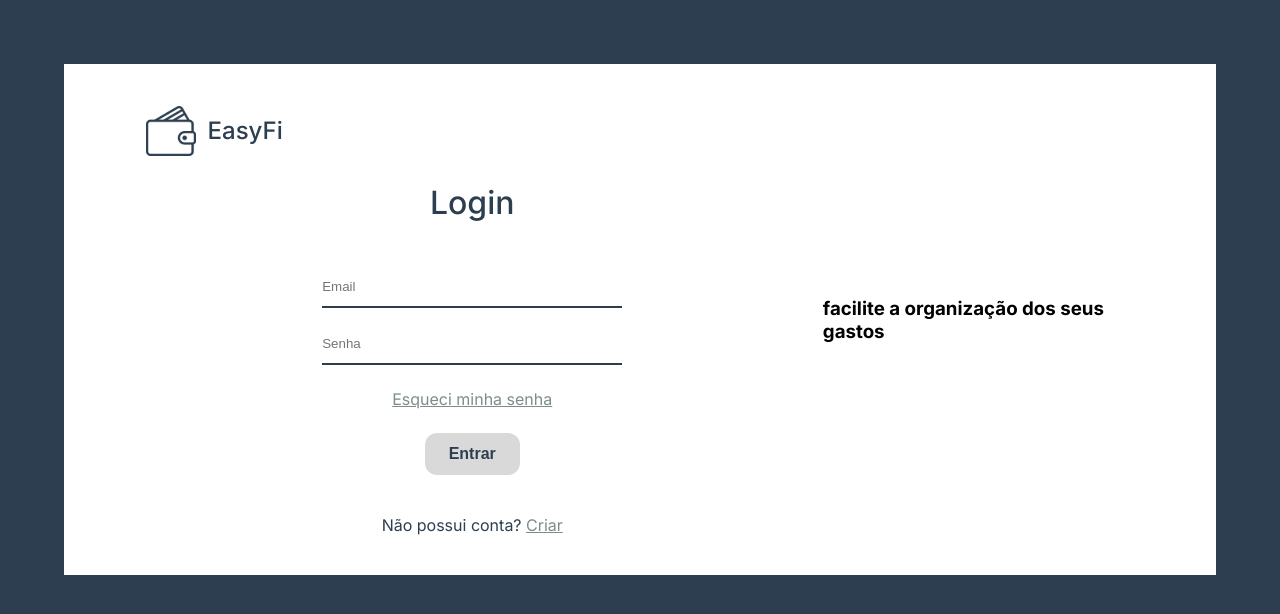
Repository: Ingridiag/projeto-engenharia
Page: login.html
The author's editor kept a copy of each file at every save. The page is drawn from the files as they stood at one save, then again after the next save.
The browser window is 1280 px wide. The pictures show the whole page.

Above is the page before, as saved 2024-10-28 16:21:09.

### login.html
<!DOCTYPE html>
<html lang="pt">

<head>
    <meta charset="UTF-8">
    <meta name="viewport" content="width=device-width, initial-scale=1.0">
    <link rel="preconnect" href="https://fonts.googleapis.com">
<link rel="preconnect" href="https://fonts.gstatic.com" crossorigin>
<link href="https://fonts.googleapis.com/css2?family=Inter:ital,opsz,wght@0,14..32,100..900;1,14..32,100..900&display=swap"
rel="stylesheet">
    <link rel="stylesheet" href="style.css">
    <title>Login</title>
</head>

<body>
    <div class="container">

        <!-- Tela Login -->
        <div class="login">
            <div class="primeira-coluna">
                <div class="logo">
                    <img src="imagens/logo-azul 1.svg" alt="logo">
                    <h1>EasyFi</h1>
                </div>
                <div class="formulario">
                    <h1 class="title">Login</h1>
                    <form >
                        <input type="email" placeholder="Email">
                        <input type="password" placeholder="Senha">
                    </form>
                    <div class="uses">
                        <a href="#" class="link">Esqueci minha senha</a>

                    </div>
                    <div class="btn-default">
                        <button>
                            Entrar
                        </button>
                    </div>
                    <div >
                        <p>Não possui conta?
                            <span>
                                <a href="#" class="link">Criar</a>
                            </span>
                        </p>
                    </div>
                </div>
            </div>
            <div class="segunda-coluna">
                <h3 class="mensagem">
                    facilite a organização dos seus gastos
                </h3>
            </div>
        </div>



        <div class="cadastro">
            <!-- Tela Cadastro -->
            <div class="decor">
                <h3 class="mensagem">
                    facilite a organização dos seus gastos
                </h3>
            </div>

            <div class="decor">
                <div class="logo">
                    <img src="imagens/logo-azul 1.svg" alt="logo">
                    <h1>EasyFi</h1>
                </div>
                <div class="formulario">
                    <h1 class="title">Criar Conta</h1>
                    <form >
                        <input type="text" placeholder="Nome">
                        <input type="email" placeholder="Email">
                        <input type="password" placeholder="Senha">
                        <input type="password" placeholder=" Confirmar senha">
                    </form>
                    <div>
                        <a href="#" class="link">Esqueci minha senha</a>

                    </div>
                    <div class="btn-default">
                        <button>
                            Entrar
                        </button>
                    </div>
                    <div class="uses">
                        <p>Já possui conta?
                            <span>
                                <a href="#" class="link">Login</a>
                            </span>
                        </p>
                    </div>
                </div>
            </div>
        </div>


    </div>

</body>

</html>

### style.css
body {
    margin: 0;
    padding: 0;
    box-sizing: border-box;
    background: #2C3E50;
    font-family: "Inter", sans-serif;
}

.container {
    display: flex;
    justify-content: center;
    align-items: center;
    margin: 5%;
}

.login {
    width: 100%;
    height: 55vh;
    padding: 5%;
    display: flex;
    align-items: center;
    background: #fff;
    justify-content: space-between;
}

.primeira-coluna {
    width: 70%;
    display: flex;
    flex-direction: column;
    justify-content: center;
    /* background: #909090; */
}

.logo {
    display: flex;
    gap: 12px;
    align-items: center;
    padding: 12px 24px 0;
    color: #2C3E50;

    h1 {
        font-size: 24px;
        font-weight: 500;
    }
    img{
        width: 50px;

    }

}

.formulario {
    display: flex;
    flex-direction: column;
    align-items: center;
    gap: 24px;
    color: #2C3E50;
    h1{
        font-weight: 500;}
}

.formulario form {
    display: flex;
    flex-direction: column;
    gap: 16px;
}

.formulario form input {
    width: 300px;
    padding: 12px 0px;
    background: none;
    border: none;
    border-bottom: 2px solid #2C3E50;
    outline: none;
    color: #2C3E50;

}

.formulario a {
    color: #7F8C8D;
}

.btn-default button {
    background: #D9D9D9;
    border: none;
    border-radius: 12px;
    padding: 12px 24px;
    font-size: 16px;
    transition: 0.2s ease;
    cursor: pointer;
    color: #2C3E50;
    font-weight: 600;
}

.btn-default button:hover {
    background: #F4EEEE;
    color: #577695;
    transform: scale(1.1);
}
.decor{

}

.cadastro {
    display: none;
    flex-direction: column;
    position: relative;
}

After the next save:
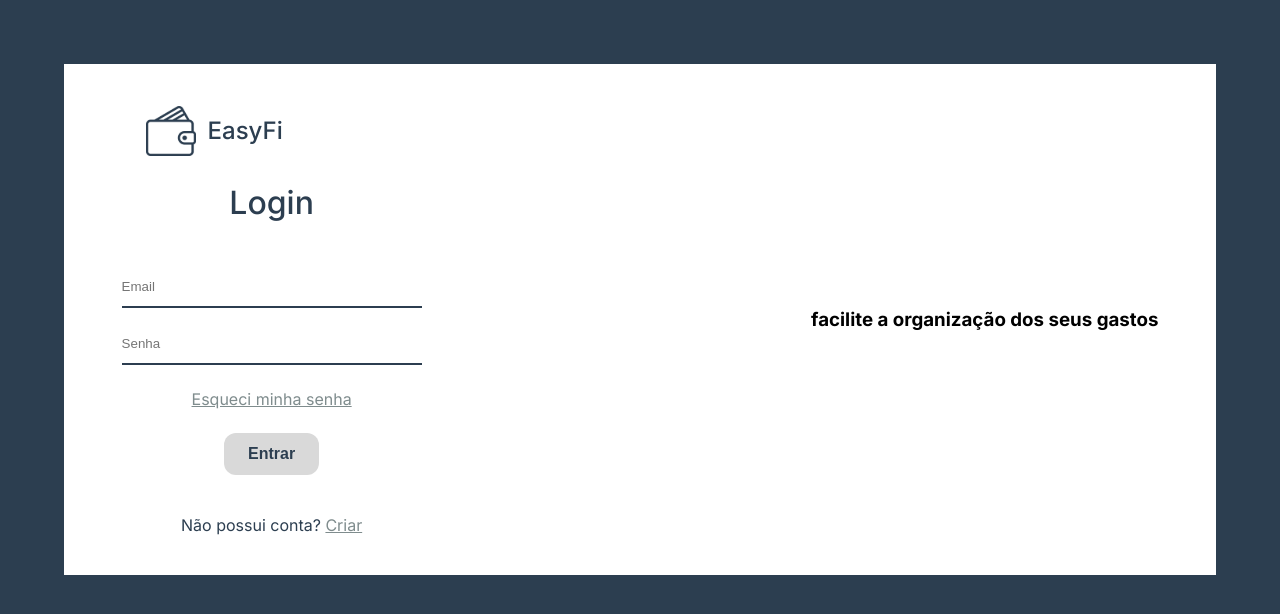
Saved 47 s later.
--- a/login.html
+++ b/login.html
@@ -17,7 +17,7 @@
 
         <!-- Tela Login -->
         <div class="login">
-            <div class="primeira-coluna">
+            <div class="primei">
                 <div class="logo">
                     <img src="imagens/logo-azul 1.svg" alt="logo">
                     <h1>EasyFi</h1>

After the save that followed:
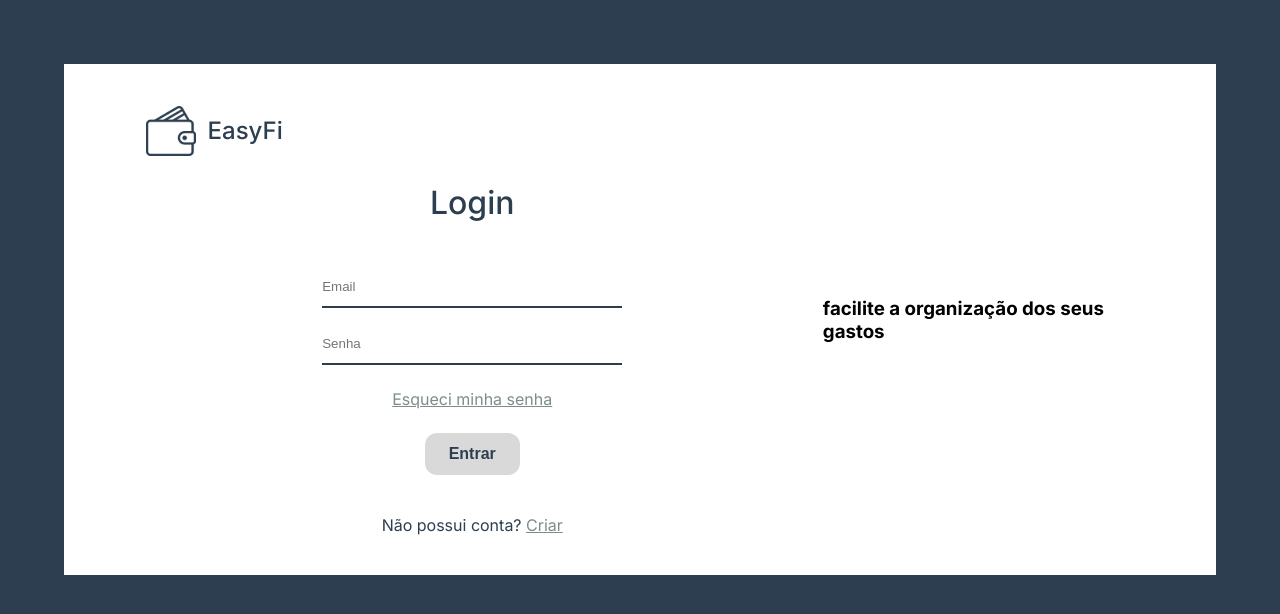
Saved 8 s later.
--- a/login.html
+++ b/login.html
@@ -17,7 +17,7 @@
 
         <!-- Tela Login -->
         <div class="login">
-            <div class="primei">
+            <div class="primeira-coluna">
                 <div class="logo">
                     <img src="imagens/logo-azul 1.svg" alt="logo">
                     <h1>EasyFi</h1>
